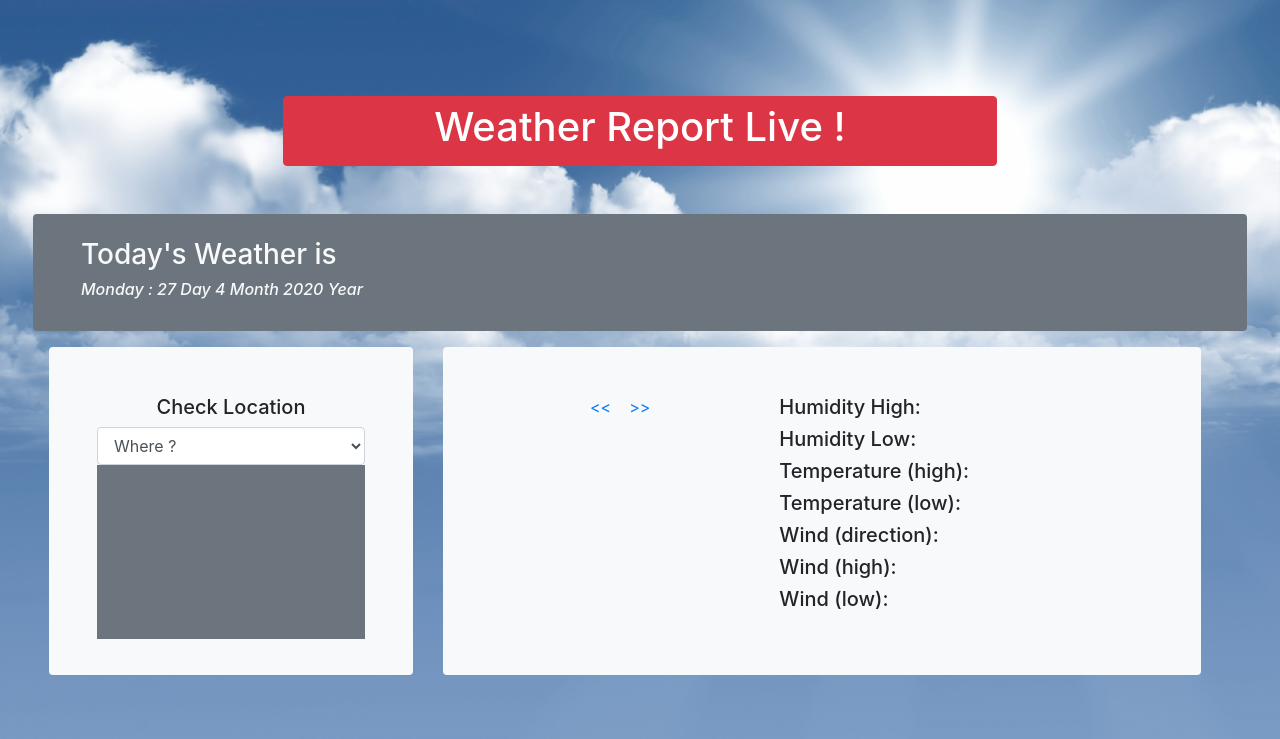
Repository: Code-Institute-Submissions/projectchen88-weatherForecast
Page: index.html
The author's editor kept a record of every edit. The page is drawn from the files as they stood at one moment, then again after the next edit.
The browser window is 1280 px wide. The pictures show the whole page.
The page's requests for data from a server got no answer.

Above is the page before.
Console error (its wording comes from the project's code and is left out).

### index.html
<!doctype html>
<html lang="en">

<head>
    <!-- Required meta tags -->
    <meta charset="utf-8">
    <meta name="viewport" content="width=device-width, initial-scale=1, shrink-to-fit=no">
    <!--AXIOS link-->
    <script src="https://unpkg.com/axios/dist/axios.min.js"></script>
    <!-- Bootstrap CSS -->
    <link rel="stylesheet" href="https://stackpath.bootstrapcdn.com/bootstrap/4.4.1/css/bootstrap.min.css" integrity="sha384-Vkoo8x4CGsO3+Hhxv8T/Q5PaXtkKtu6ug5TOeNV6gBiFeWPGFN9MuhOf23Q9Ifjh" crossorigin="anonymous">
    <!--Font Awesome-->
    <link rel="stylesheet" href="https://cdnjs.cloudflare.com/ajax/libs/font-awesome/4.7.0/css/font-awesome.min.css">
    <!--Custom CSS-->
    <link rel="stylesheet" href="styles/style.css" type="text/css" />
    <title>Hello, world!</title>
</head>

<body>
    <main id='main-page' class='container-fluid p-5'>
        <!--Header-->
        <div class="row">
            <div class="col-md-8 col-12 p-md-5 p-3 mx-auto">
                <span class='btn btn-danger w-100'><h1>Weather Report Live ! </h1></span>
            </div>
        </div>

        <!--Current Weather -->
        <div class="row">
            <div class="col-12 px-5 py-4 bg-secondary text-light rounded">
                <h3>Today's Weather is <span id='status'></span></h3>
                <h6 id='dateToday' class='font-italic'></h6>
            </div>
            <div id='display-section' class="col-12 p-3 bg-transparent">
                <div class="box row">
                    <!--Check and display weather of location selected-->
                    <div class="box col-md-4 col-12 mx-auto text-center">
                        <div class="box p-5 bg-light rounded">
                            <h5>Check Location</h5>
                            <div >
                                <select class='form-control' id="select">
                                    <option>Where ?</option>
                                </select>
                            </div>
                            <div class='display-box p-2 bg-secondary'>
                                <p><span id='weather' class='font-bolder text-light'></span></p>
                            </div>
                        </div>
                    </div>

                    <!--Display 4 days forecast-->
                    <div class="box col-md-8 col-12 mx-auto text-center">
                        <div class="box p-5 bg-light rounded">
                            <div class='display-box'>
                                <div class="row">
                                    <div class="col-5">
                                        <div class='d-flex justify-content-center'>
                                            <div id='prev-day' class='text-primary'><< &nbsp</div>
                                            <h5 id='forecast-title'> </h5>
                                            <div id= 'next-day' class='text-primary'> &nbsp >> </div>
                                        </div>
                                        <span id='forecast'></span>
                                    </div>
                                    <div class="col-7">
                                        <div class='d-flex'>
                                            <h5>Humidity High: </h5>
                                            <span id='humidity-high'></span>
                                        </div>
                                        <div class='d-flex'>
                                            <h5>Humidity Low: </h5>
                                            <span id='humidity-low'></span>
                                        </div>
                                        <div class='d-flex'>
                                            <h5>Temperature (high): </h5>
                                            <span id='temperature-high'></span>
                                        </div>
                                        <div class='d-flex'>
                                            <h5>Temperature (low): </h5>
                                            <span id='temperature-low'></span>
                                        </div>
                                        <div class='d-flex'>
                                            <h5>Wind (direction): </h5>
                                            <span id='wind-direction'></span>
                                        </div>
                                        <div class='d-flex'>
                                            <h5>Wind (high): </h5>
                                            <span id='wind-speed-high'></span>
                                        </div>
                                        <div class='d-flex'>
                                            <h5>Wind (low): </h5>
                                            <span id='wind-speed-low'></span>
                                        </div>
                                    </div>

                                </div>
                            </div>
                        </div>
                    </div>


                </div>
            </div>
        </div>


    </main>


    <!-- Optional JavaScript -->
    <!-- jQuery first, then Popper.js, then Bootstrap JS -->
    <script src="https://code.jquery.com/jquery-3.4.1.js" integrity="sha256-WpOohJOqMqqyKL9FccASB9O0KwACQJpFTUBLTYOVvVU=" crossorigin="anonymous"></script>
    <script src="https://cdn.jsdelivr.net/npm/popper.js@1.16.0/dist/umd/popper.min.js" integrity="sha384-Q6E9RHvbIyZFJoft+2mJbHaEWldlvI9IOYy5n3zV9zzTtmI3UksdQRVvoxMfooAo" crossorigin="anonymous"></script>
    <script src="https://stackpath.bootstrapcdn.com/bootstrap/4.4.1/js/bootstrap.min.js" integrity="sha384-wfSDF2E50Y2D1uUdj0O3uMBJnjuUD4Ih7YwaYd1iqfktj0Uod8GCExl3Og8ifwB6" crossorigin="anonymous"></script>
    <!--Custom JS script-->
    <script type="text/javascript" src="scripts/script.js"></script>
</body>

</html>

### scripts/script.js
/*  global $ axios */

var source1 = "https://api.data.gov.sg/v1/environment/2-hour-weather-forecast"
var source2 = "https://api.data.gov.sg/v1/environment/4-day-weather-forecast"
var forecastData =[]
var tempData =[]
var option =[]
var status


//AXIO TO GET DATA FROM JSON FILE (local)
function getForecast(callback) {
  axios.get(source1)
    .then(function(response) {
      let result = response.data;
      console.log(result)
      callback(result)
    })
}
function getTemp(callback) {
  axios.get(source2)
    .then(function(response) {
      let result = response.data.items[0].forecasts;
      console.log(result)
      callback(result)
    })
}
function displayDailyForecast( day ) {
  document.getElementById("forecast-title").innerHTML="Weather Forecast for date : " +tempData[day].date
  document.getElementById("forecast").innerHTML=tempData[day].forecast
  document.getElementById("humidity-high").innerHTML=tempData[day].relative_humidity.high
  document.getElementById("humidity-low").innerHTML=tempData[day].relative_humidity.low
  document.getElementById("temperature-high").innerHTML=tempData[day].temperature.high
  document.getElementById("temperature-low").innerHTML=tempData[day].temperature.low
  document.getElementById("wind-direction").innerHTML="The wind will be blowing in the "+tempData[day].wind.direction+" direction"
  document.getElementById("wind-speed-high").innerHTML=tempData[day].wind.speed.high
  document.getElementById("wind-speed-low").innerHTML=tempData[day].wind.speed.low

}
getTemp(function(data){
  tempData = data;
  tempData.count = 0 // tracker for the day result that is displayed
  displayDailyForecast (tempData.count)
  document.getElementById("forecast").innerHTML=tempData[0].forecast
})

getForecast( function(data) {
    forecastData = data
    status = forecastData.api_info.status
    document.getElementById("status").innerHTML = status;

    let forecastsArea = forecastData.items[0].forecasts

    var select = document.getElementById("select");
    for (let item in forecastsArea) {
      var el = document.createElement("option");
      el.textContent = forecastsArea[item].area;
      el.value = forecastsArea[item].area;
      select.appendChild(el);
    }
})

$ (function () {
  // $('#prev-day').hide();

  // Set the date of today to be displayed
  var d = new Date();
  var weekday = new Array(7);
  weekday[0] = "Sunday";
  weekday[1] = "Monday";
  weekday[2] = "Tuesday";
  weekday[3] = "Wednesday";
  weekday[4] = "Thursday";
  weekday[5] = "Friday";
  weekday[6] = "Saturday";
  var strDate = weekday[d.getDay()] + " : " + d.getDate() + " Day " + (d.getMonth()+1) + " Month " + d.getFullYear() + " Year " ;
  $('#dateToday').text(strDate)

  // Detect for change in option change in selection of area and display the weather
  $('#select').change(function(){
    // displayWeather()
    let forecastsArea = forecastData.items[0].forecasts
    for (let item in forecastsArea) {
      var select = $('#select').val()
      if (select == forecastsArea[item].area)
      $('#weather').text("The weather at "+ forecastsArea[item].area +" is expected to be "+forecastsArea[item].forecast)
    }
  })

  // Detect for change to view. forecast for next day
  $('#next-day').click( function () {
    if (tempData.count < 3) {
      tempData.count ++ ;
      displayDailyForecast(tempData.count)
      if (tempData.count >= 3) {
        // $('#next-day').hide()
      }
      $('#prev-day').text('<<')
    }
    else {
      $('#next-day').text('>>|')
    }
  })

  $('#prev-day').on('click', function () {
   if (tempData.count >= 0) {
      tempData.count -- ;
      displayDailyForecast(tempData.count)
      if (tempData.count <= 0 ) {
        $('#next-day').text(">>")
      }
      $('#prev-day').text('|<<')
    }
  })
})

Loaded but not shown: styles/style.css (common file)

After the next edit:
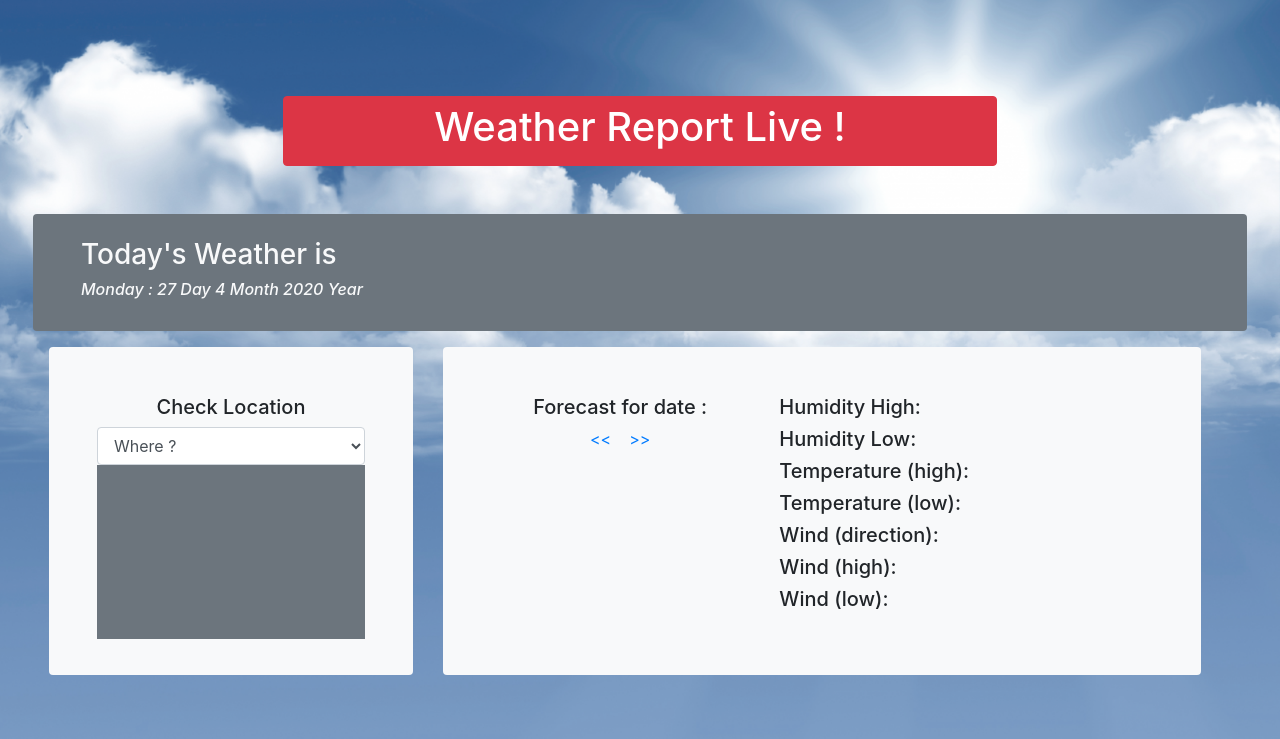
The edit:
--- a/index.html
+++ b/index.html
@@ -54,6 +54,7 @@
                             <div class='display-box'>
                                 <div class="row">
                                     <div class="col-5">
+                                        <h5>Forecast for date :</h5>
                                         <div class='d-flex justify-content-center'>
                                             <div id='prev-day' class='text-primary'><< &nbsp</div>
                                             <h5 id='forecast-title'> </h5>
